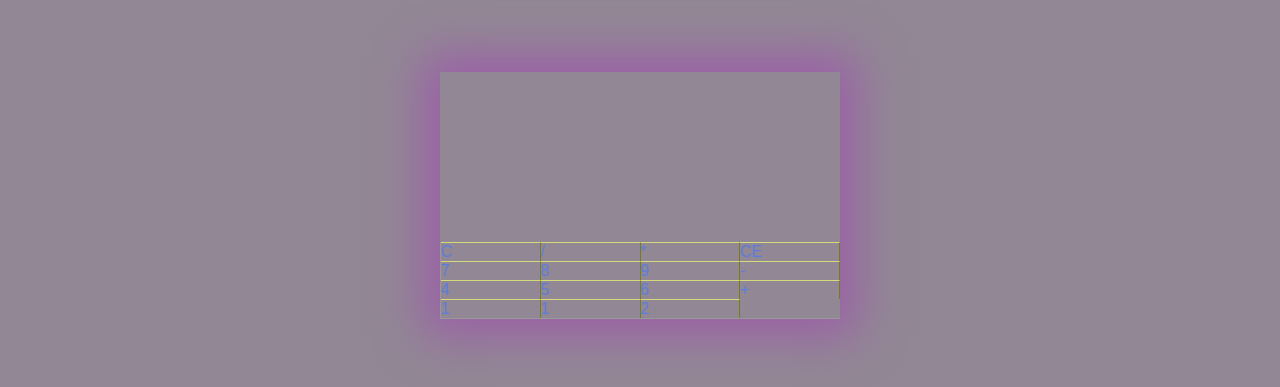
Repository: LuisMiLR/Calculatrice-with-JS---HTML---CSS-
Page: index.html
These files come from the project's save history. The page is drawn as it stood at one moment and after the next save; the edit follows.
The browser window is 1280 px wide. The pictures show the whole page.

Above is the page before, as saved 2023-03-20 22:21:54.

### index.html
<!DOCTYPE html>
<html lang="fr">
<head>
    <meta charset="UTF-8">
    <meta http-equiv="X-UA-Compatible" content="IE=edge">
    <meta name="viewport" content="width=device-width, initial-scale=1.0">
    <title>Calculator with javascript</title>
    <link rel="stylesheet" href="./style.css">

</head>
<body>
    <div class="container"></div>
    <script src="apps.js" type="module"></script>
</body>
</html>

### style.css
*{
    padding: 0;
    margin: 0;
    font-family: sans-serif;
    box-sizing: border-box;
    background-color: rgb(146, 135, 149);
}
.container {
    max-width: 400px;
    margin: 10vh auto 0 auto;
    box-shadow: 0px 0px 43px 17px rgb(155, 96, 167);
}

#display {
    text-align: right;
    height: 170px;
    border: #999;
    border-radius: 20%;
    line-height: 70px;
    padding: 16px 8px;
    font-size: 25px;
}

.buttons {
    display: grid;
    border-bottom: 1px solid #999;
    border-left: 1px solid#999;
    color: rgb(89, 125, 222);
    grid-template-columns: 1fr 1fr 1fr 1fr;
}

.buttons > div {
    border-top: 1px solid #d4db7b;
    border-right: 1px solid#767c18;
}

.bouton,
.bouton1,
.bouton2,
.bouton3,
.bouton4,
.bouton5,
.bouton6,
.bouton7,
.bouton8,
.bouton9,
.bouton10,
.bouton11,
.bouton12,
.bouton13,
.bouton14,
.bouton15,
.bouton16,
.bouton17,
.bouton18,
.bouton19
{
    border: 2.5px solid #19ae08;
    line-height: 63px;
    border-radius: 20%;
    text-align: center;
    font-size: 25px;
    cursor: pointer;
}

#egal {
    background-color: rgb(40, 40, 141);
    color: white;
}

.bouton:hover,
.bouton1:hover,
.bouton2:hover,
.bouton3:hover,
.bouton4:hover,
.bouton5:hover,
.bouton6:hover,
.bouton7:hover,
.bouton8:hover,
.bouton9:hover,
.bouton10:hover,
.bouton11:hover,
.bouton12:hover,
.bouton13:hover,
.bouton14:hover,
.bouton15:hover,
.bouton16:hover,
.bouton17:hover,
.bouton18:hover,
.bouton19:hover {
    background-color: rgb(105, 42, 126);
    transition: 0.5s ease-in-out;
}

### apps.js
const container = document.querySelector('.container');

const divId = document.createElement("div");
container.appendChild(divId);
divId.id = 'display';

let buttons = document.createElement("div");
buttons.classList.add("buttons");
container.appendChild(buttons);

const button = document.createElement('div');
button.className = "button";
button.textContent = "C";
buttons.appendChild(button);

const button1 = document.createElement('div');
button1.className = "button";
button1.textContent = "/";
buttons.appendChild(button1);

const button2 = document.createElement('div');
button2.className = "button";
button2.textContent = "*";
buttons.appendChild(button2);

const button3 = document.createElement('div');
button3.className = "button";
button3.textContent = "CE";
buttons.appendChild(button3);

const button4 = document.createElement('div');
button4.className = "button";
button4.textContent = "7";
buttons.appendChild(button4);

const button5 = document.createElement('div');
button5.className = "button";
button5.textContent = "8";
buttons.appendChild(button5);

const button6 = document.createElement('div');
button6.className = "button";
button6.textContent = "9";
buttons.appendChild(button6);

const button7 = document.createElement('div');
button7.className = "button";
button7.textContent = "-";
buttons.appendChild(button7);

const button8 = document.createElement('div');
button8.className = "button";
button8.textContent = "4";
buttons.appendChild(button8);

const button9 = document.createElement('div');
button9.className = "button";
button9.textContent = "5";
buttons.appendChild(button9);

const button10 = document.createElement('div');
button10.className = "button";
button10.textContent = "6";
buttons.appendChild(button10);

const button11 = document.createElement('div');
button11.className = "button";
button11.textContent = "+";
buttons.appendChild(button11);

const button12 = document.createElement('div');
button12.className = "button";
button12.textContent = "1";
buttons.appendChild(button12);

const button13 = document.createElement('div');
button13.className = "button";
button13.textContent = "1";
buttons.appendChild(button13);

const button14 = document.createElement('div');
button14.className = "button";
button14.textContent = "2";
buttons.appendChild(button14);

After the next save:
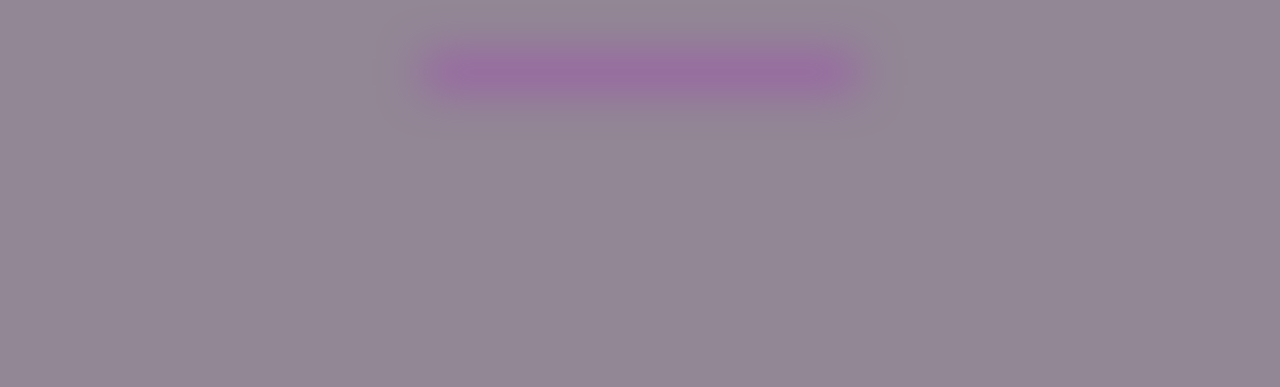
Console error: SyntaxError: Identifier 'button14' has already been declared
Saved 5 s later.
--- a/apps.js
+++ b/apps.js
@@ -82,3 +82,8 @@ const button14 = document.createElement('div');
 button14.className = "button";
 button14.textContent = "2";
 buttons.appendChild(button14);
+
+const button14 = document.createElement('div');
+button14.className = "button";
+button14.textContent = "2";
+buttons.appendChild(button14);
